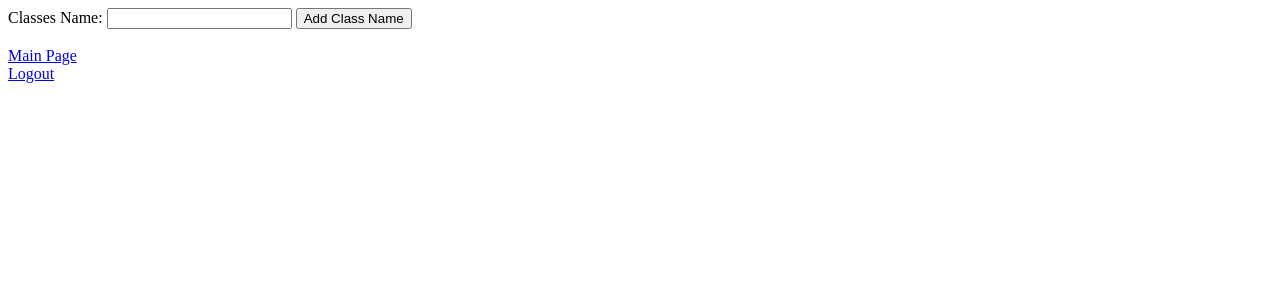
Repository: govardhan71/Learners-Academy-Project-Phase-2
Page: http://localhost/LearnersAcademyPhase-2/addclasses.jsp
The author's editor kept a copy of each file at every save. The page is drawn from the files as they stood at one save, then again after the next save.
The browser window is 1280 px wide. The pictures show the whole page.
The page is served by Tomcat 9.

Above is the page before, as saved 2021-06-02 11:42:51.

After the next save:
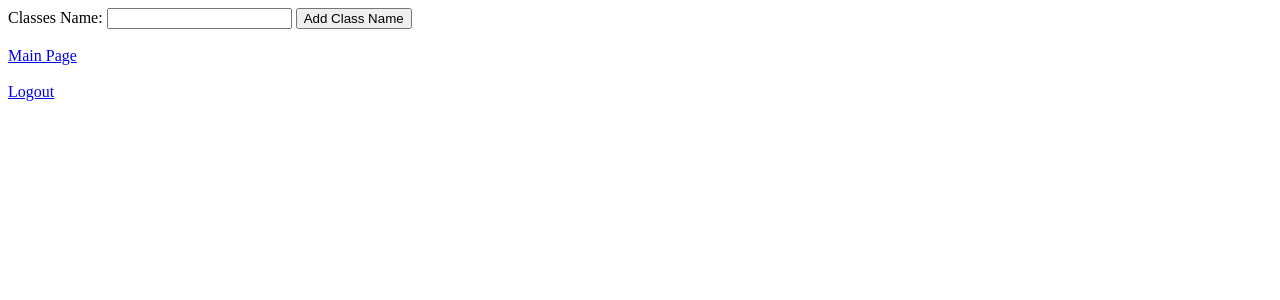
Saved 40 s later.
--- a/LearnersAcademyPhase-2/WebContent/addclasses.jsp
+++ b/LearnersAcademyPhase-2/WebContent/addclasses.jsp
@@ -21,7 +21,7 @@
 	</form>
 	<br>
 
-	<td><a href=learnersacademy.jsp>Main Page</a></td><br>
+	<td><a href=learnersacademy.jsp>Main Page</a></td><br><br>
 	</tr>
 	<td><a href=logout.jsp>Logout</a></td>
 	</tr>
